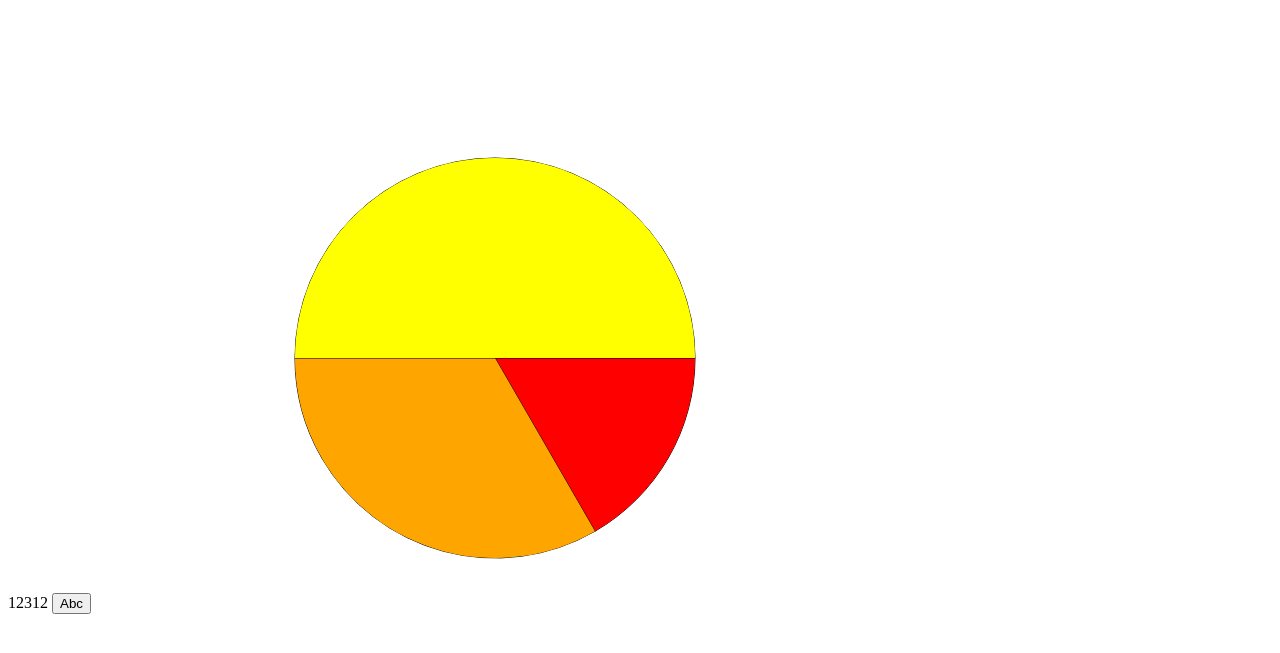
Repository: ycdtc/movie
Page: aaa/WebContent/index.html
These files come from the project's save history. The page is drawn as it stood at one moment and after the next save; the edit follows.
The browser window is 1280 px wide. The pictures show the whole page.
After loading, the first visible `#abc` was clicked once.

Above is the page before, as saved 2017-06-20 07:43:19.
Console error (its wording comes from the project's code and is left out).

### aaa/WebContent/index.html
                                                                                                                                                                                                                                                                                                                                                                                                                                                                                                                                                                                                                                                                                                                                                                                                                                                                                                                                                                                                                                                                                                                                                                                                                                                                                                                                                                                                                                                                                                                                                                                                                                                                                                                                                                                                                                                                                                                                                                                                                                                                                                                                                                                                                                                                                                                                                                                                                                                                                                                               <!DOCTYPE html><html>
<head>
<meta charset="UTF-8">
<script type="text/javascript" src="javascript/jquery.min.js"></script>
<script type="text/javascript" src="javascript/base.js"></script>
<title>Insert title here</title>
</head>
<body>
12312
<button id="abc">Abc</button>
<canvas id="can1" height="600" width="800"></canvas>
</body>
<script>
	$("#abc").click(function(e){
		//location.href = "hr.html?id=123"
		drawPie("can1",[10,20,30],["abc","123","666"]);
	});


</script>
</html>

### aaa/WebContent/javascript/base.js
/**
 *
 */
var colors = ["red","orange","yellow","green","blue","purple","black"];
function getRequest() {
	var url = location.search;
	var paras = url.substr(1).split("&");
	var res = new Object();
	for(var i=0;i<paras.length;i++){
		res[paras[i].split("=")[0]] = paras[i].split("=")[1];
	}
	return res;
}

function drawPie(chart,value,name){
	var can = document.getElementById(chart);

	var ctx = can.getContext("2d");
	var start = 0;
	var end = 0;
	ctx.translate(400,350);
	var sum = 0;
	for(var i=0;i<value.length;i++){
		sum += value[i];
	}
	for(var i=0;i<value.length;i++){
		start = end;
		end += value[i]/sum * 2 * Math.PI;
		ctx.fillStyle = colors[i];
		ctx.beginPath();
		ctx.moveTo(0,0);
		ctx.arc(0,0,200,start,end);
		ctx.closePath();
		ctx.stroke();
		ctx.fill();
	}

	for(var i=0;i<value.length;i++){
		start = end;
		end += value[i]/sum * 2 * Math.PI;
		ctx.rotate((start+end)/2);
		ctx.font = "25px scans-serif";
		ctx.fillStyle = "white";
		ctx.fillText(name[i] +  (value[i]/sum * 100) + "%");
	}
}

Loaded but not shown: aaa/WebContent/javascript/jquery.min.js (library)

After the next save:
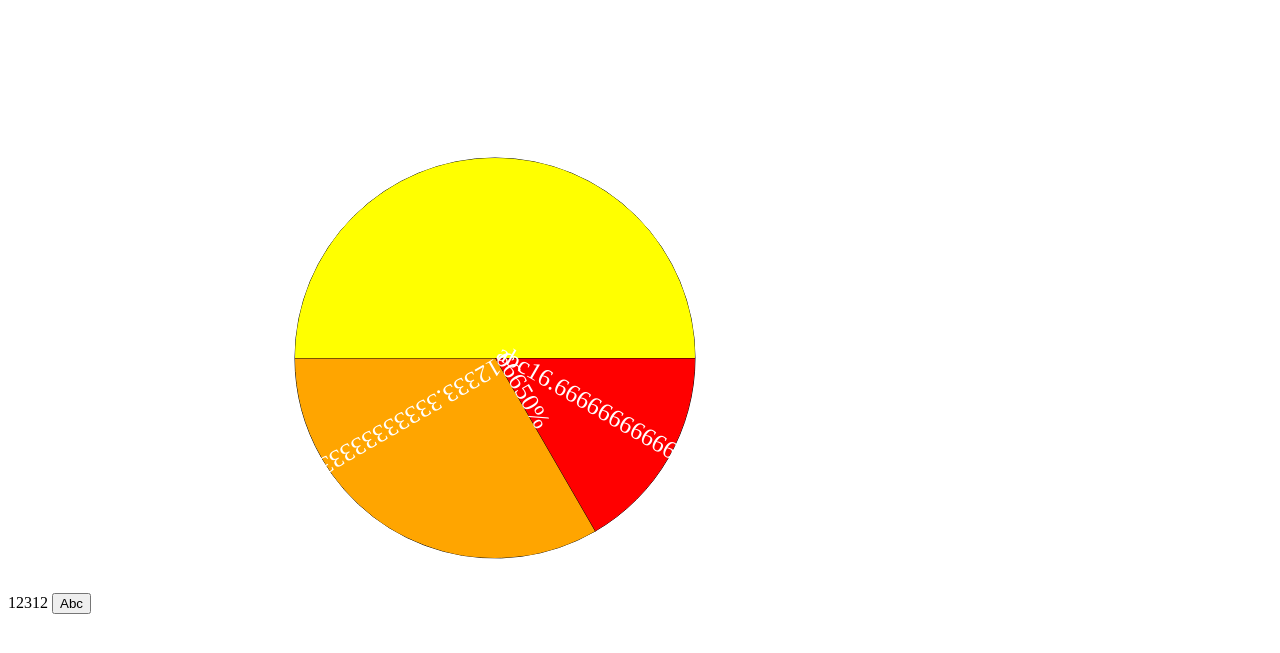
The error is gone.
Saved 90 s later.
--- a/aaa/WebContent/javascript/base.js
+++ b/aaa/WebContent/javascript/base.js
@@ -41,6 +41,6 @@ function drawPie(chart,value,name){
 		ctx.rotate((start+end)/2);
 		ctx.font = "25px scans-serif";
 		ctx.fillStyle = "white";
-		ctx.fillText(name[i] +  (value[i]/sum * 100) + "%");
+		ctx.fillText(name[i] +  (value[i]/sum * 100) + "%",0 , 0);
 	}
 }
